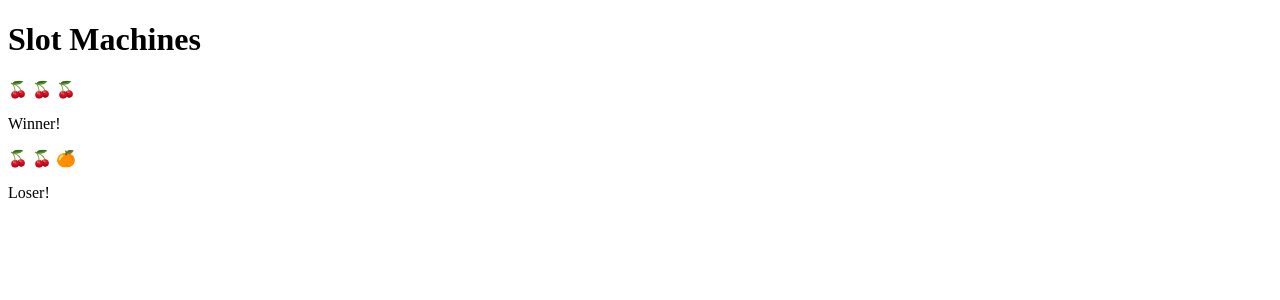
Repository: Zichi90123/ReactTraining
Page: 04_Create_React_App/fruit-exercise/ReactTraining/03_Props/Styling_React/index.html
An editor plug-in stored every save of this project. The page is shown before and after the next save, followed by the edit.
The browser window is 1280 px wide. The pictures show the whole page.

Above is the page before, as saved 2019-12-13 16:34:50.

### 04_Create_React_App/fruit-exercise/ReactTraining/03_Props/Styling_React/app.css
.Machine {
    border: 2px solid black;
    background: lightblue;
}

### 04_Create_React_App/fruit-exercise/ReactTraining/03_Props/Styling_React/Machine.js
class Machine extends React.Component {
    render() {
      const { s1, s2, s3 } = this.props;
      const winner = (s1 === s2) && (s2 === s3);

      return (
        <div>
          <p>{s1} {s2} {s3}</p>
          <p>{winner ? 'Winner!' : 'Loser!'}</p>
        </div>
      )
    }
  }

### 04_Create_React_App/fruit-exercise/ReactTraining/03_Props/Styling_React/index.js

class App extends React.Component {
  render() {
    return (
      <div >
        <h1>Slot Machines</h1>
        <Machine className="Machine"
          s1="🍒"
          s2="🍒"
          s3="🍒"
        />
        <Machine className="Machine"
          s1="🍒"
          s2="🍒"
          s3="🍊"
        />
      </div>
    )
  }
}

ReactDOM.render(<App/>, document.getElementById('root'))

Loaded but not shown: 04_Create_React_App/fruit-exercise/ReactTraining/03_Props/Styling_React/index.html (common file)

After the next save:
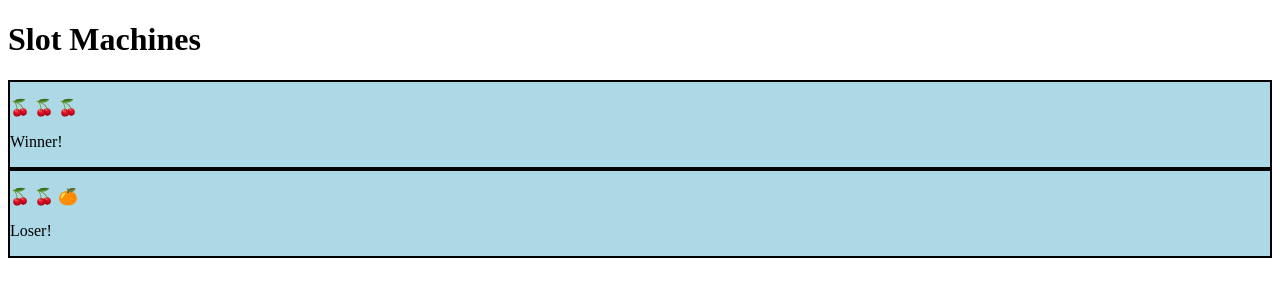
Saved 51 s later.
--- a/04_Create_React_App/fruit-exercise/ReactTraining/03_Props/Styling_React/index.js
+++ b/04_Create_React_App/fruit-exercise/ReactTraining/03_Props/Styling_React/index.js
@@ -4,16 +4,20 @@
     return (
       <div >
         <h1>Slot Machines</h1>
-        <Machine className="Machine"
+        <div className="Machine">
+        <Machine
           s1="🍒"
           s2="🍒"
           s3="🍒"
         />
+        </div>
+        <div className="Machine">
         <Machine className="Machine"
           s1="🍒"
           s2="🍒"
           s3="🍊"
         />
+        </div>
       </div>
     )
   }

After the 2 saves that followed:
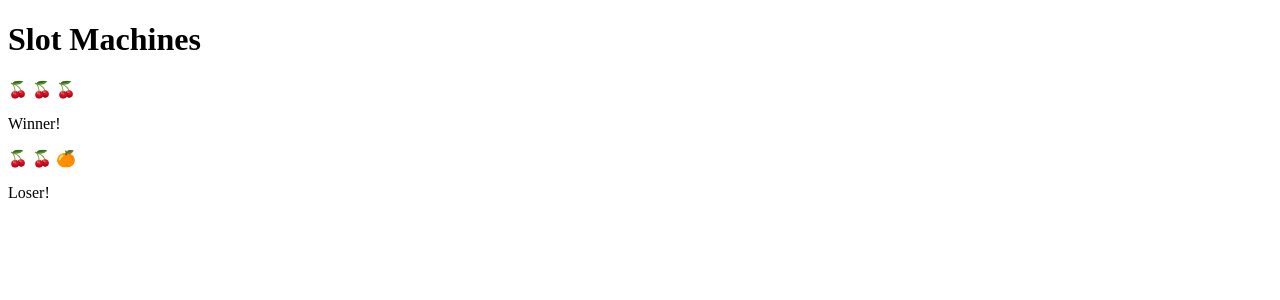
The 2 saves are shown as one change because 1 left the picture as it was.
The last was saved 3 min 56 s later.
--- a/04_Create_React_App/fruit-exercise/ReactTraining/03_Props/Styling_React/index.js
+++ b/04_Create_React_App/fruit-exercise/ReactTraining/03_Props/Styling_React/index.js
@@ -4,23 +4,23 @@
     return (
       <div >
         <h1>Slot Machines</h1>
-        <div className="Machine">
-        <Machine
-          s1="🍒"
-          s2="🍒"
-          s3="🍒"
-        />
+        <div>
+          <Machine
+            s1="🍒"
+            s2="🍒"
+            s3="🍒"
+          />
         </div>
-        <div className="Machine">
-        <Machine className="Machine"
-          s1="🍒"
-          s2="🍒"
-          s3="🍊"
-        />
+        <div >
+          <Machine
+            s1="🍒"
+            s2="🍒"
+            s3="🍊"
+          />
         </div>
       </div>
     )
   }
 }
 
-ReactDOM.render(<App/>, document.getElementById('root'))
+ReactDOM.render(<App />, document.getElementById('root'))
